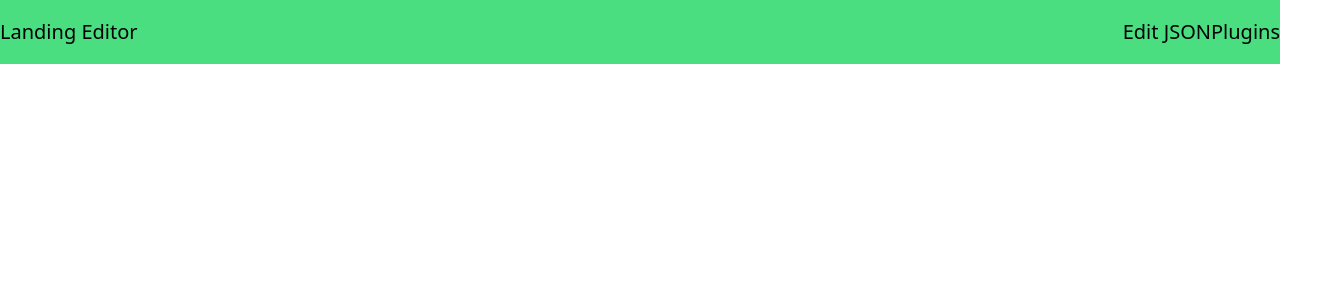
Repository: ShumilovMikhail/plugins-app
Page: / (app in app/frontend/)
An editor plug-in stored every save of this project. The page is shown before and after the next save, followed by the edit.
The browser window is 1280 px wide. The page is 1280 px wide, then 1320 px, so the pictures cover 1320 px, including what lies to the right of the window. The pictures show the whole page.
The project was rebuilt for these pictures with package versions that can differ from the ones it lists, and the page was loaded fresh each time. Also part of the build but not shown: app/frontend/angular.json.

Above is the page before, as saved 2024-05-13 07:27:46.

After the next save:
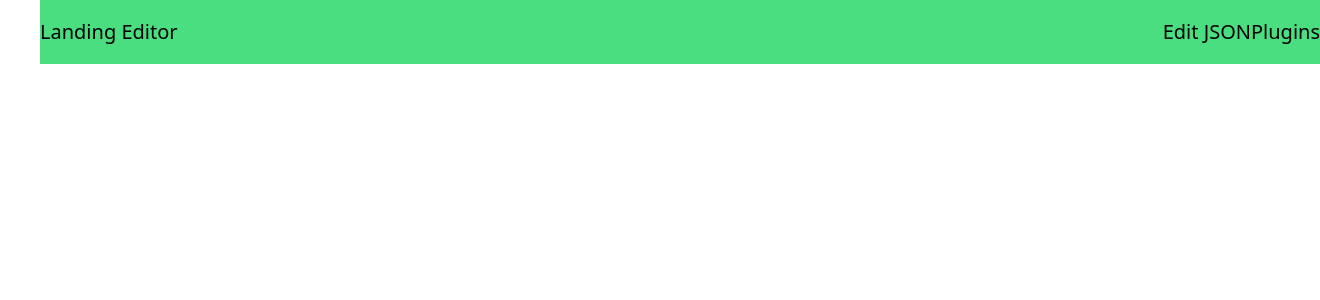
Saved 38 s later.
--- a/app/frontend/src/app/layout/header/header.component.html
+++ b/app/frontend/src/app/layout/header/header.component.html
@@ -1,5 +1,5 @@
-<div class="h-16 w-full bg-green-400 flex items-center justify-between">
-  <span class="text-xl">{{headerService.pageName()}}</span>
+<div class="h-16 mx-10 w-full bg-green-400 flex items-center justify-between">
+  <span class="text-xl flex-1">{{headerService.pageName()}}</span>
   <div>
     <a class="text-xl" routerLink="/editor/json">Edit JSON</a>
     <a class="text-xl" routerLink="/store">Plugins</a>
